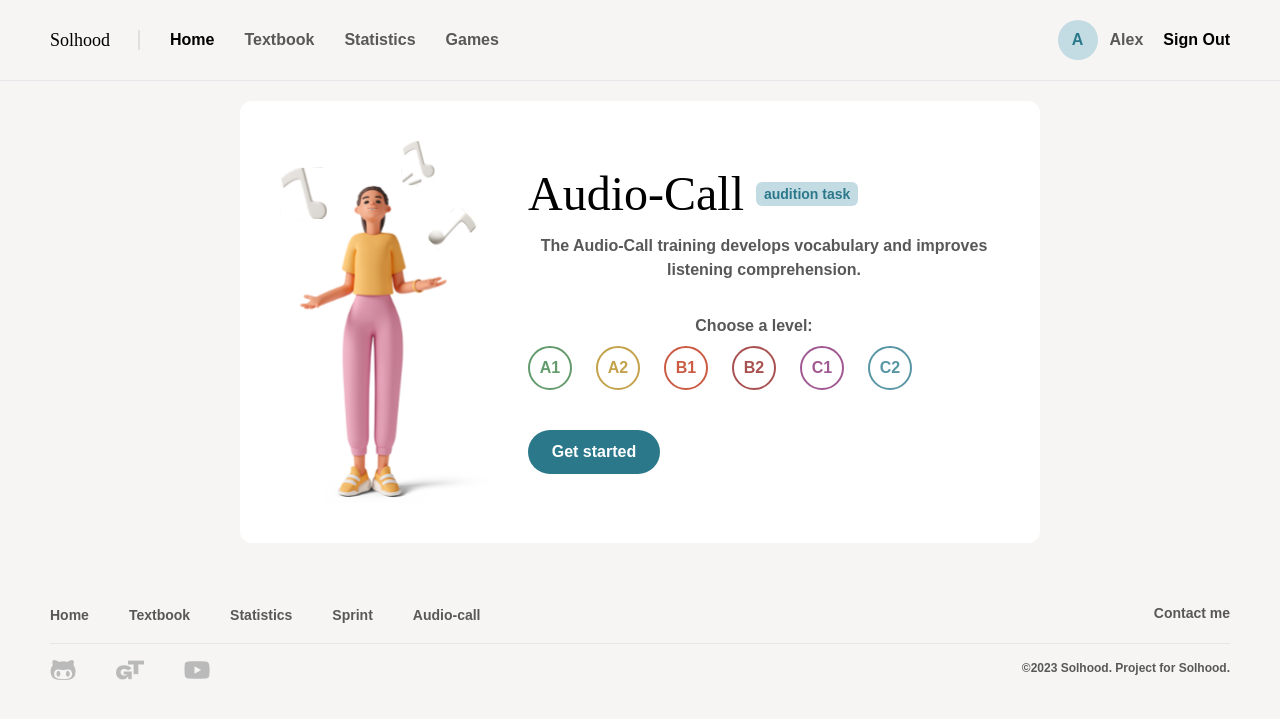
Repository: haudnn/solhood
Page: /audio
The author's editor kept a copy of each file at every save. The page is drawn from the files as they stood at one save, then again after the next save.
The browser window is 1280 px wide. The pictures show the whole page.
The project was rebuilt for these pictures with package versions that can differ from the ones it lists, and the page was loaded fresh each time. Also part of the build but not shown: src/pages/Home.tsx, src/pages/sprint/Sprint.tsx, src/pages/sprint/Game.tsx, src/pages/sprint/Result.tsx, src/pages/audio/Game.tsx, src/pages/audio/Result.tsx, src/hooks/useClickOutSide.ts, src/pages/textbook/WordItem.tsx and 2 more.

Above is the page before, as saved 2023-01-10 22:31:23.

After the next save:
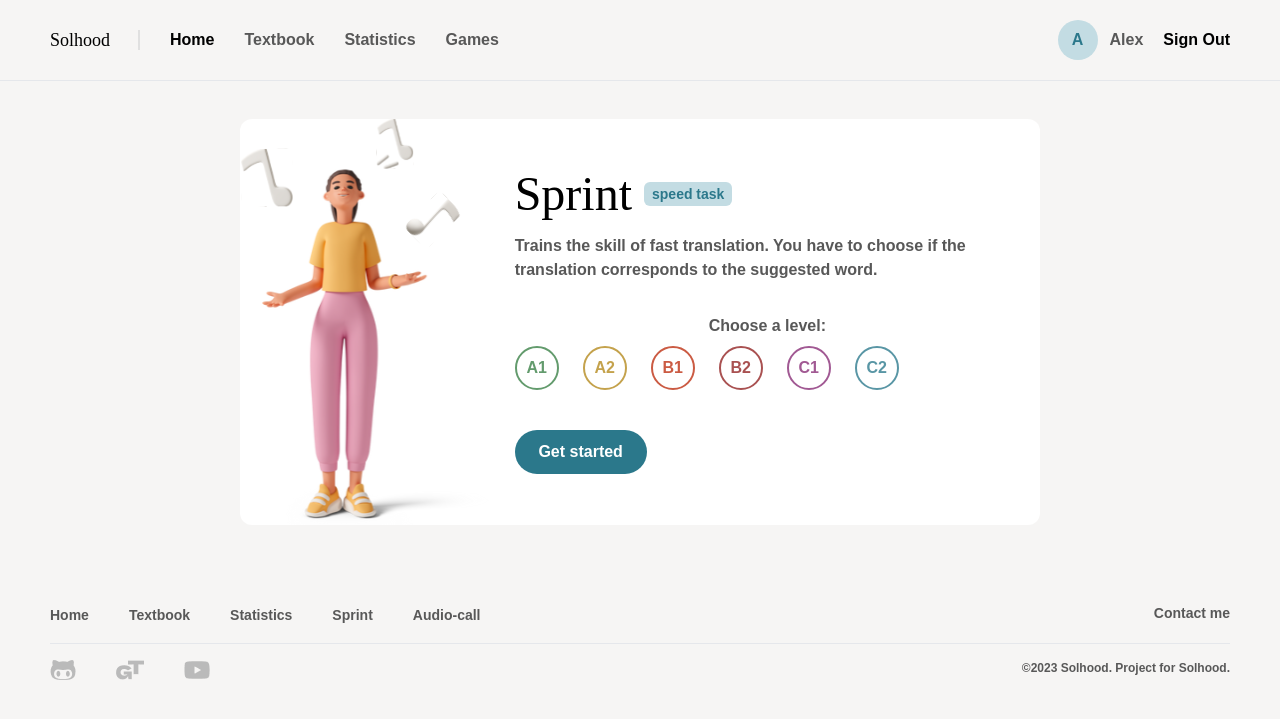
Saved 118 s later.
--- a/src/pages/audio/Audio.tsx
+++ b/src/pages/audio/Audio.tsx
@@ -1,40 +1,48 @@
 import React from "react";
 import audiogame from "../../assets/imgs/audiogame.svg";
-
+import audioMobile from "../../assets/imgs/audioMobile.svg";
 const Audio = () => {
   return (
     <div className="sprint bg-greyligt">
-      <div className="flex items-center justify-center md:wrapper-calc">
-        <div className="bg-white rounded-xl max-w-[800px] p-10">
+      <div className="flex items-center justify-center px-5 py-10 md:wrapper-calc md:px-0 md:py-0">
+        <div className="bg-white rounded-xl max-w-[800px] p-5 md:p-0">
           <div className="grid">
             <div className="row">
-              <div className="col l-4">
-                <div>
+              <div className="col l-4 c-12">
+                <div className="hidden md:block">
                   <img
                     src={audiogame}
                     alt=""
                     className="object-cover w-full h-full"
                   />
                 </div>
+                <div className="flex items-center justify-center md:hidden">
+                    <img
+                      src={audioMobile}
+                      alt=""
+                      className="object-cover w-[80px] h-[80px]"
+                    />
+                </div>
               </div>
-              <div className="col l-8">
+              <div className="col l-8 c-12">
                 <div className="flex flex-col justify-center w-full h-full">
-                  <div className="flex items-start mb-4 gap-x-3">
-                    <p className="text-5xl font-dela">Audio-Call</p>
-                    <div className="px-2 mt-3 rounded-md bg-cyanlight">
+                  <div className="flex items-start justify-center mb-4 gap-x-3 md:justify-start">
+                    <p className="text-3xl md:text-5xl font-dela">Sprint</p>
+                    <div className="px-2 mt-1 rounded-md md:mt-3 bg-cyanlight">
                       <span className="text-sm font-semibold text-cyandark">
-                        audition task
+                        speed task
                       </span>
                     </div>
                   </div>
-                  <p className="mb-8 text-base font-semibold text-greydark">
-                  The Audio-Call training develops vocabulary and improves listening comprehension.
+                  <p className="mb-8 text-base font-semibold text-center text-greydark md:text-start">
+                    Trains the skill of fast translation. You have to choose if
+                    the translation corresponds to the suggested word.
                   </p>
                   <div className="pr-5">
                     <p className="mb-2 text-base font-semibold text-greydark">
                       Choose a level:
                     </p>
-                    <div className="flex items-center justify-start mb-10 gap-x-6">
+                    <div className="flex items-center justify-between mb-10 md:justify-start md:gap-x-6">
                       <div className="flex items-center justify-center w-[44px] h-[44px] rounded-[50%] border-solid border-2 border-greendesign">
                         <span className="text-base font-bold text-greendesign">
                           A1
@@ -67,7 +75,7 @@ const Audio = () => {
                       </div>
                     </div>
                   </div>
-                  <div>
+                  <div className="flex items-center justify-center md:justify-start">
                     <button className="w-[132px] h-[44px] flex items-center justify-center rounded-full bg-cyandark">
                       <span className="text-base font-semibold text-white">
                         Get started
@@ -84,4 +92,5 @@ const Audio = () => {
   );
 };
 
+
 export default Audio;
